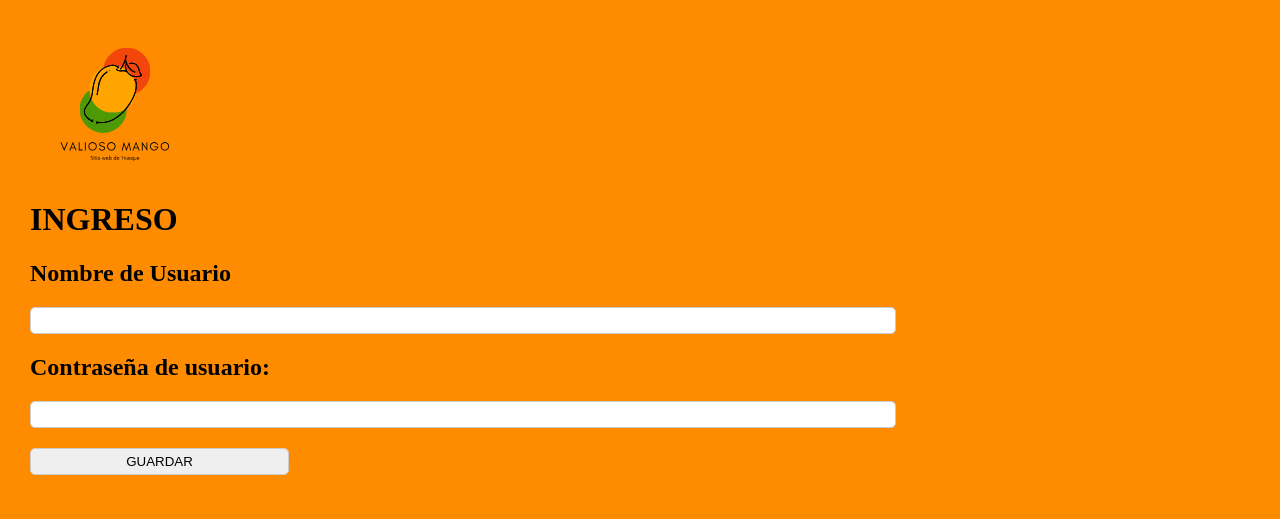
Repository: elba2612/comision23533_grupo20
Page: Pages/ingreso.html
These files come from the project's save history. The page is drawn as it stood at one moment and after a run of saves; the edit follows.
The browser window is 1280 px wide. The pictures show the whole page.
Some web libraries are served in a nearby version.

Above is the page before, as saved 2023-10-20 09:44:21.

### Pages/ingreso.html
<!DOCTYPE html>
<html lang="en">
<head>
    <meta charset="UTF-8">
    <meta name="viewport" content="width=device-width, initial-scale=1.0">
    <script src="https://kit.fontawesome.com/62ea397d3a.js" crossorigin="anonymous"></script>
    <link rel="stylesheet" href="../Estilos/estilos_registro.css">
    <title>Registro usuario Valioso Mango</title>
</head>

<body class="formulario_registro">
    <header>
        <div class="logo">
            <a href="../index.html">
                <img src="../Sources/LogoMango.svg" class="logo" alt="Logo Mango">
            </a>
        </div>
        <h1>
        <h1>
          INGRESO
        </h1>

    </header>
    <MAIN>
        <form action="achivodeprocesamiento.php" method="post">
            <label>
                <div class="form-grupos">
                    <h2>Nombre de Usuario</h2>
                    <input type="text" name="Nombre" required>
                </div>
                <div class="form-grupos">
                    <h2>Contraseña de usuario: </h2>
                    <input type="password" name="pass" required>
                </div>

                <div class="form-buttons">
                    <input type="submit" value="GUARDAR">

                </div>



    </MAIN>
</body>
</html>

### Estilos/estilos_registro.css
.formulario_registro {
    background-color: darkorange;
    margin: 10px;
    padding: 20px;
    font-family: "Glacial Indifference";


}

.form-group {
    margin-bottom: 15px;
    /* Añade espacio entre grupos de elementos */
}

label {
    display: block;
    /* Muestra cada etiqueta en una nueva línea */
    font-weight: bold;
    /* Puedes hacer que las etiquetas sean más destacadas */
}

input {
    width: 70%;
    /* Los campos de entrada se expanden al 100% del ancho del contenedor */
    padding: 5px;
    /* Añade espaciado interior en los campos de entrada */
    border: 1px solid #ccc;
    /* Añade un borde a los campos de entrada */
    border-radius: 5px;
    /* Añade esquinas redondeadas a los campos de entrada */
}

.form-buttons {
    margin-top: 20px;
    /* Añade espacio entre los campos de entrada y los botones */
    margin-right: 850px;
}

.logo {
    width: 150px;
    height: 150px;
    margin-left: 0;
}

button {
    background-color: #4CAF50;
    /* Cambia el color de fondo del botón */
    color: #fff;
    /* Cambia el color del texto del botón a blanco */
    padding: 10px 20px;
    /* Añade espacio dentro del botón */
    border: none;
    /* Elimina el borde del botón */
    border-radius: 5px;
    /* Añade esquinas redondeadas al botón */
    cursor: pointer;
    /* Cambia el cursor al estilo de puntero al pasar el ratón sobre el botón */
}

a {
    text-decoration: none;
    /* Elimina la decoración de enlace predeterminada */
    margin-left: 10px;
    /* Añade espacio entre el botón "GUARDAR" y el enlace "VOLVER" */
}

After the next 4 saves:
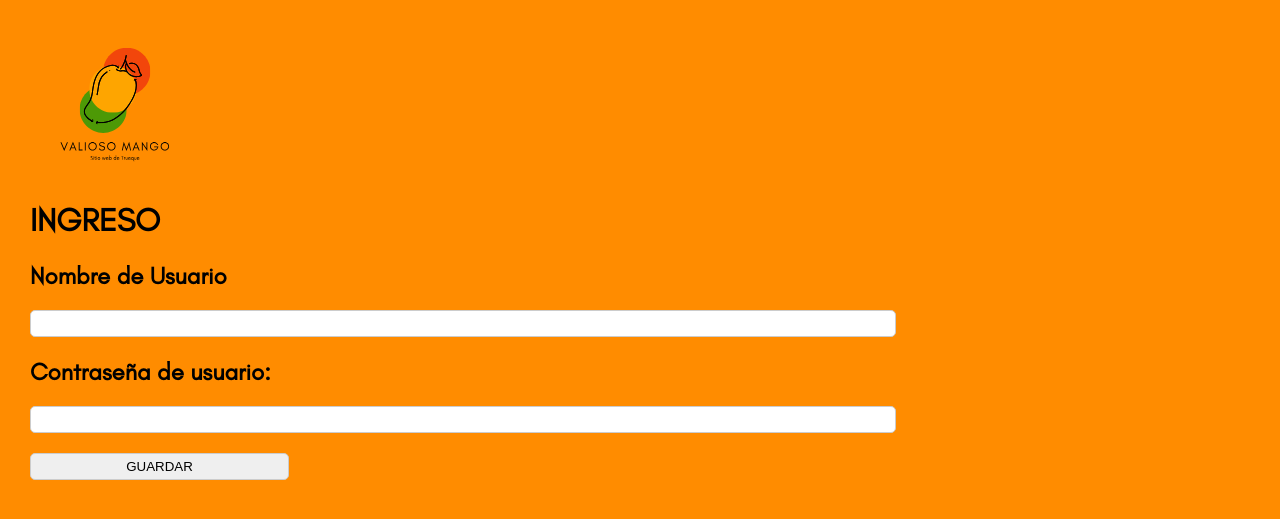
The 4 saves are shown as one change because they came seconds apart.
The last was saved 11 s later.
--- a/Estilos/estilos_registro.css
+++ b/Estilos/estilos_registro.css
@@ -1,39 +1,30 @@
 .formulario_registro {
     background-color: darkorange;
     margin: 10px;
-    padding: 20px;
+    padding:20px;
     font-family: "Glacial Indifference";
 
 
 }
-
 .form-group {
-    margin-bottom: 15px;
-    /* Añade espacio entre grupos de elementos */
+margin-bottom: 15px; /* Añade espacio entre grupos de elementos */
 }
 
-label {
-    display: block;
-    /* Muestra cada etiqueta en una nueva línea */
-    font-weight: bold;
-    /* Puedes hacer que las etiquetas sean más destacadas */
-}
+    label {
+        display: block; /* Muestra cada etiqueta en una nueva línea */
+        font-weight: bold; /* Puedes hacer que las etiquetas sean más destacadas */
+    }
 
-input {
-    width: 70%;
-    /* Los campos de entrada se expanden al 100% del ancho del contenedor */
-    padding: 5px;
-    /* Añade espaciado interior en los campos de entrada */
-    border: 1px solid #ccc;
-    /* Añade un borde a los campos de entrada */
-    border-radius: 5px;
-    /* Añade esquinas redondeadas a los campos de entrada */
-}
+    input {
+        width: 70%; /* Los campos de entrada se expanden al 100% del ancho del contenedor */
+        padding: 5px; /* Añade espaciado interior en los campos de entrada */
+        border: 1px solid #ccc; /* Añade un borde a los campos de entrada */
+        border-radius: 5px; /* Añade esquinas redondeadas a los campos de entrada */
+    }
 
 .form-buttons {
-    margin-top: 20px;
-    /* Añade espacio entre los campos de entrada y los botones */
-    margin-right: 850px;
+    margin-top: 20px; /* Añade espacio entre los campos de entrada y los botones */
+margin-right: 850px;
 }
 
 .logo {
@@ -41,25 +32,22 @@
     height: 150px;
     margin-left: 0;
 }
+    button {
+        background-color: #4CAF50; /* Cambia el color de fondo del botón */
+        color: #fff; /* Cambia el color del texto del botón a blanco */
+        padding: 10px 20px; /* Añade espacio dentro del botón */
+        border: none; /* Elimina el borde del botón */
+        border-radius: 5px; /* Añade esquinas redondeadas al botón */
+        cursor: pointer; /* Cambia el cursor al estilo de puntero al pasar el ratón sobre el botón */
+    }
 
-button {
-    background-color: #4CAF50;
-    /* Cambia el color de fondo del botón */
-    color: #fff;
-    /* Cambia el color del texto del botón a blanco */
-    padding: 10px 20px;
-    /* Añade espacio dentro del botón */
-    border: none;
-    /* Elimina el borde del botón */
-    border-radius: 5px;
-    /* Añade esquinas redondeadas al botón */
-    cursor: pointer;
-    /* Cambia el cursor al estilo de puntero al pasar el ratón sobre el botón */
+    a {
+        text-decoration: none; /* Elimina la decoración de enlace predeterminada */
+        margin-left: 10px; /* Añade espacio entre el botón "GUARDAR" y el enlace "VOLVER" */
+    }
+
+
+    @font-face {
+    font-family: "Glacial Indifference";
+    src: url("../Sources/GlacialIndifference-Regular.otf");
 }
-
-a {
-    text-decoration: none;
-    /* Elimina la decoración de enlace predeterminada */
-    margin-left: 10px;
-    /* Añade espacio entre el botón "GUARDAR" y el enlace "VOLVER" */
-}
